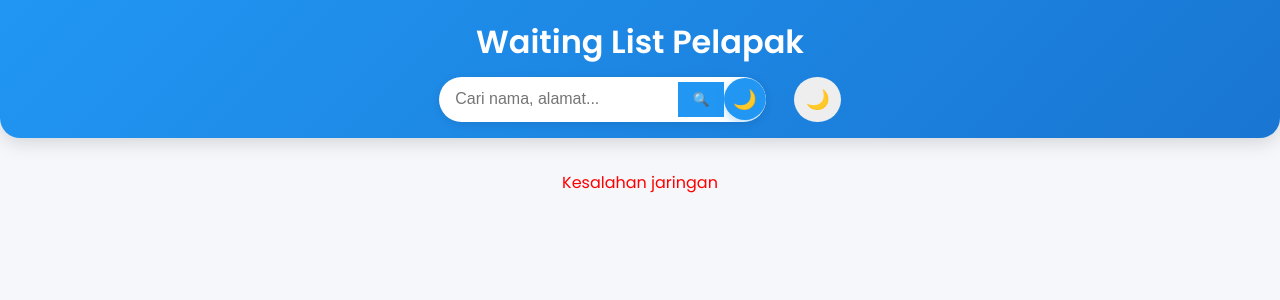
Repository: pasarrakyatbak/WaitingListforPanitia
Page: index.html
An editor plug-in stored every save of this project. The page is shown before and after the next save, followed by the edit.
The browser window is 1280 px wide. The pictures show the whole page.
The page's requests for data from a server got no answer.

Above is the page before, as saved 2025-09-25 16:42:23.

After the next save:
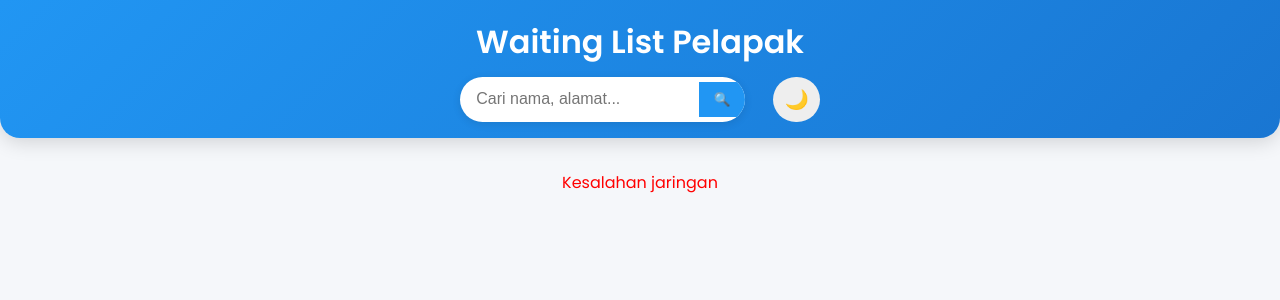
Saved 4 s later.
--- a/index.html
+++ b/index.html
@@ -20,7 +20,6 @@
                 <button id="searchBtn" aria-label="Cari">
                     <span class="icon">🔍</span>
                 </button>
-                <button id="darkSwitch" class="btn icon">🌙</button>
             </div>
 
             <!-- Toggle Dark Mode -->
